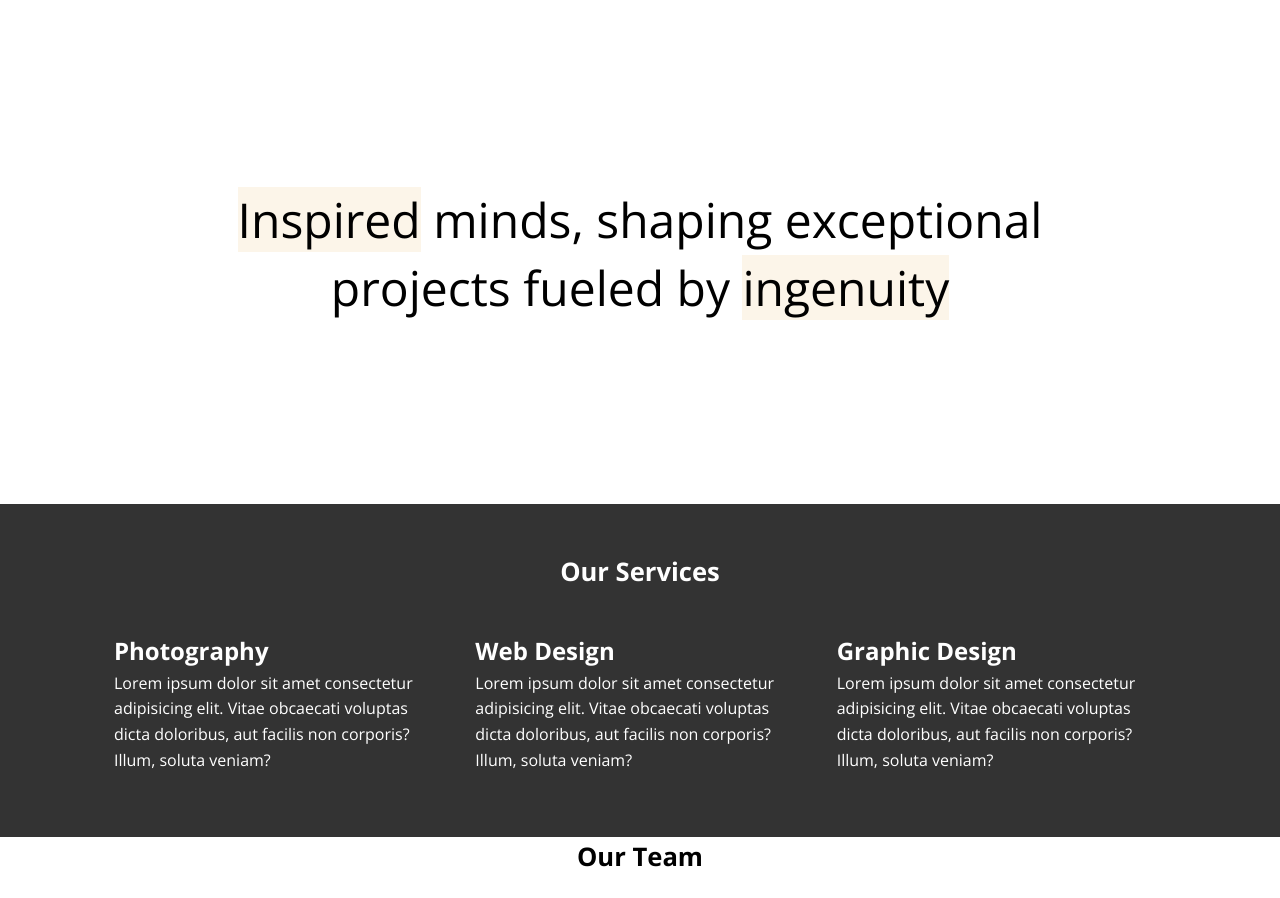
Repository: AchrafAzzaoui/lumina-creative-html-css-project
Page: lumina-creative/about.html
An editor plug-in stored every save of this project. The page is shown before and after the next save, followed by the edit.
The browser window is 1280 px wide. The pictures show the part of the page from y = 142 to 1040 px (the page is 2360 px tall before and 2472 px after).
A picture or video elsewhere on the page could not be fetched, so the positions and the page height are approximate. Some web libraries are served in a nearby version.

Above is the page before, as saved 2024-08-22 13:33:12.

After the next save:
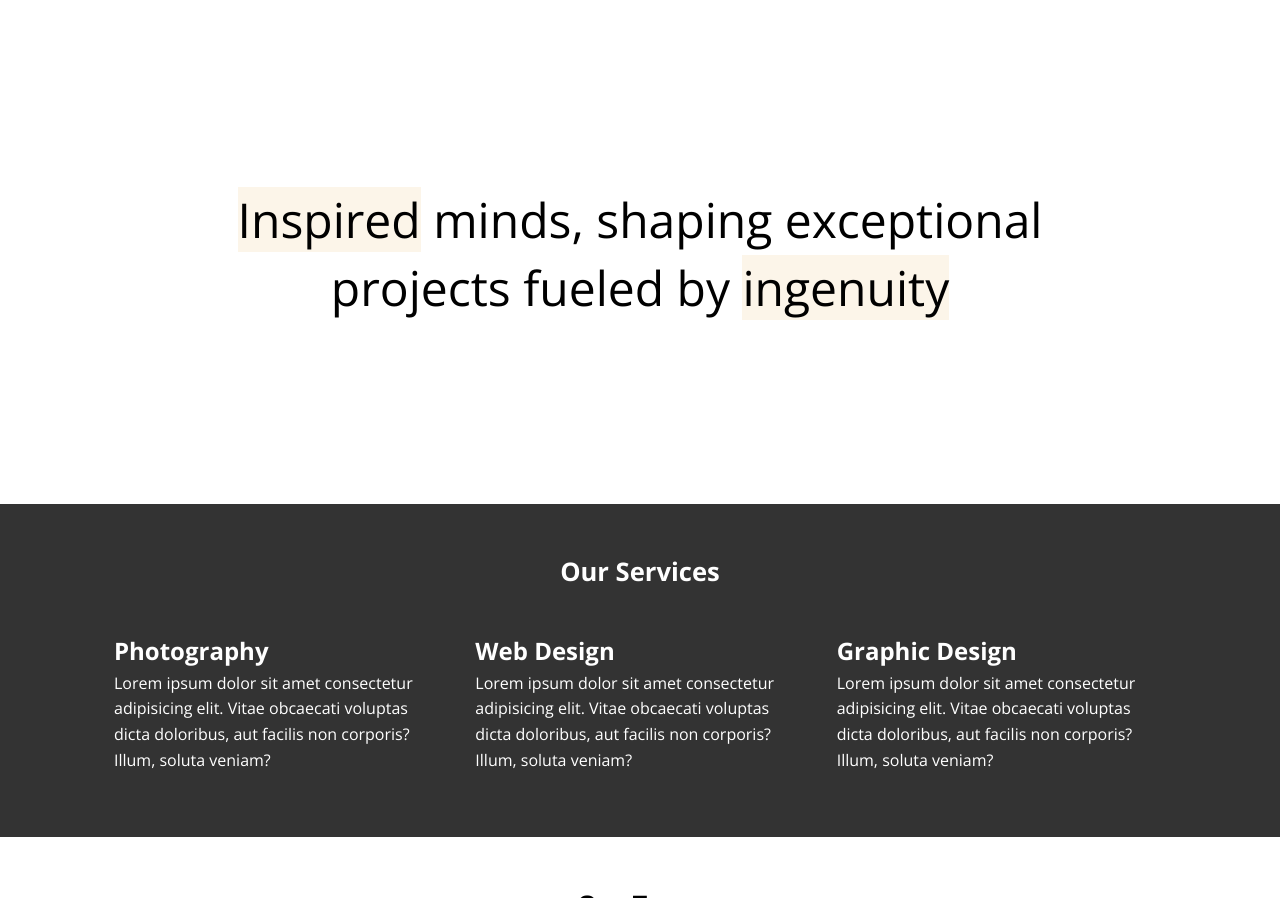
Saved 41 s later.
--- a/lumina-creative/css/styles.css
+++ b/lumina-creative/css/styles.css
@@ -157,6 +157,11 @@ img {
 .service-item h4 {
   font-size: 1.5rem;
 }
+/* Team */
+.team {
+  padding: 3rem 0 4rem;
+}
+
 /* Media Queries */
 
 @media (max-width: 768px) {
